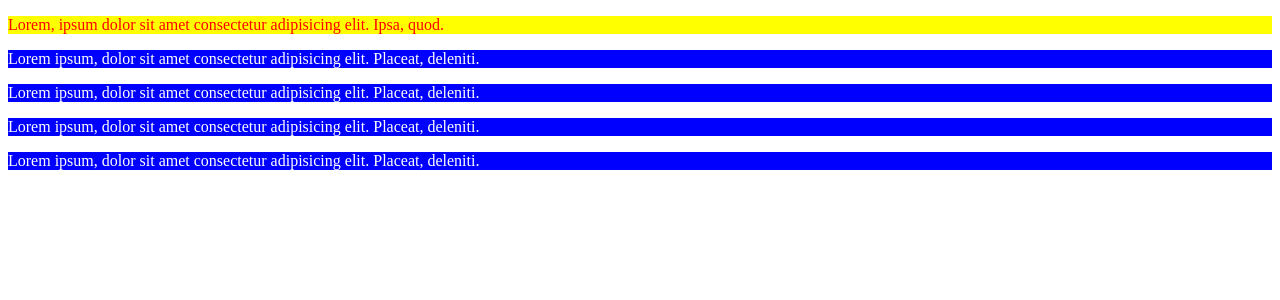
Repository: diensy/Web_dev
Page: Css/Exercise/index.html
These files come from the project's save history. The page is drawn as it stood at one moment and after a run of saves; the edit follows.
The browser window is 1280 px wide. The pictures show the whole page.

Above is the page before, as saved 2024-05-22 23:13:47.

### Css/Exercise/index.html
<!DOCTYPE html>
<html lang="en">
  <head>
    <meta charset="UTF-8" />
    <meta name="viewport" content="width=device-width, initial-scale=1.0" />
    <title>Document</title>
    <link rel="stylesheet" href="style.css" />
  </head>
  <body>
    <div>
      <p id="first">
        Lorem, ipsum dolor sit amet consectetur adipisicing elit. Ipsa, quod.
      </p>
      <p id="second">
        Lorem ipsum, dolor sit amet consectetur adipisicing elit. Placeat,
        deleniti.
      </p>
      <p id="Third">
        Lorem ipsum, dolor sit amet consectetur adipisicing elit. Placeat,
        deleniti.
      </p>
      <p id="fourth">
        Lorem ipsum, dolor sit amet consectetur adipisicing elit. Placeat,
        deleniti.
      </p>
      <p id="fifth">
        Lorem ipsum, dolor sit amet consectetur adipisicing elit. Placeat,
        deleniti.
      </p>
    </div>
  </body>
</html>

### Css/Exercise/style.css
#first{
    background-color: yellow;
    color: red;
}
p{
    background-color: blue;
    color: white;
}

After the next 6 saves:
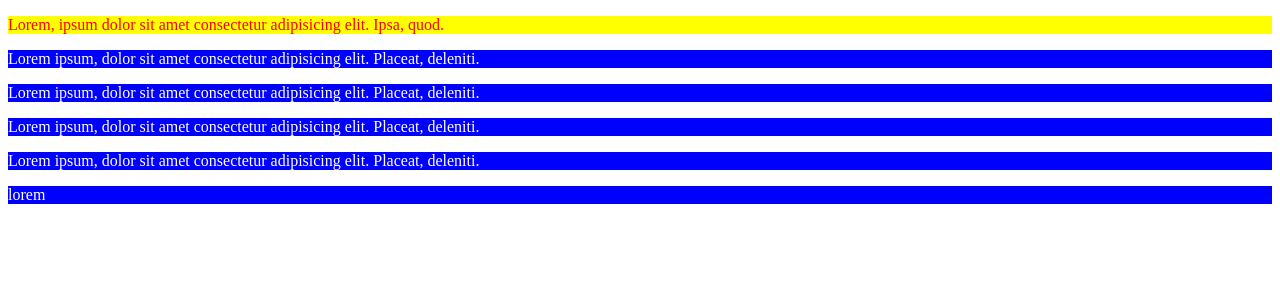
The 6 saves are shown as one change because they came seconds apart.
The last was saved 113 s later.
--- a/Css/Exercise/index.html
+++ b/Css/Exercise/index.html
@@ -28,5 +28,8 @@
         deleniti.
       </p>
     </div>
+    <div>
+      <p>lorem</p>
+    </div>
   </body>
 </html>
